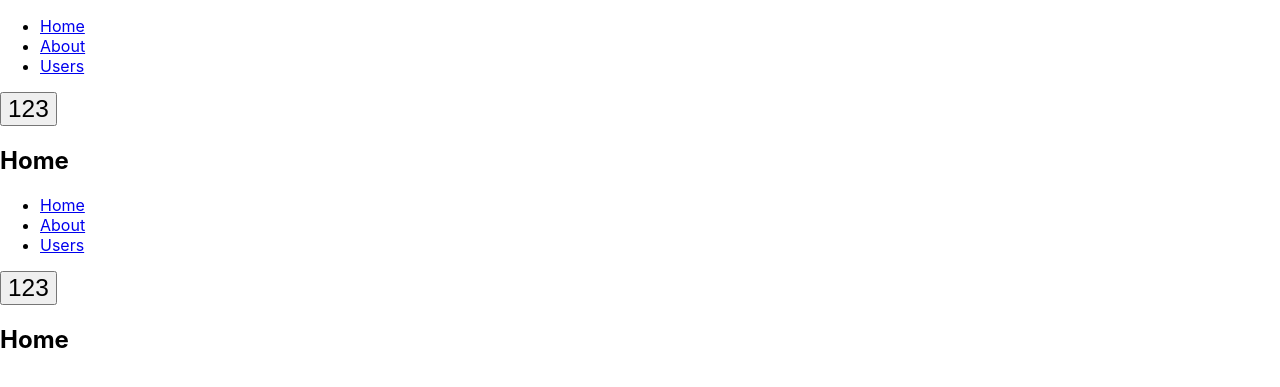
Repository: KouSum/km-vite-react
Page: /
An editor plug-in stored every save of this project. The page is shown before and after the next save, followed by the edit.
The browser window is 1280 px wide. The pictures show the whole page.
The project was rebuilt for these pictures with package versions that can differ from the ones it lists, and the page was loaded fresh each time. Also part of the build but not shown: vite.config.ts.

Above is the page before, as saved 2021-03-06 20:43:29.

After the next save:
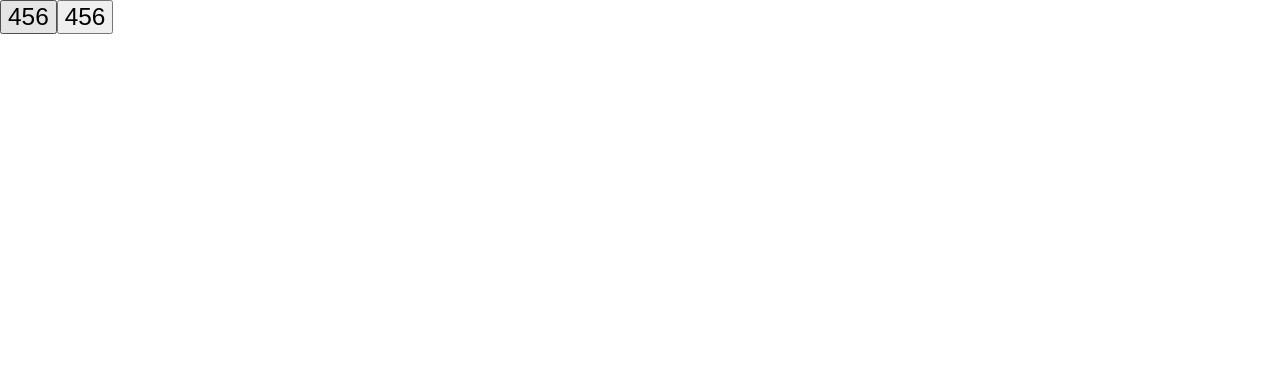
Saved 42 s later.
--- a/src/App.tsx
+++ b/src/App.tsx
@@ -16,38 +16,7 @@ import './App.css'
 
 export default function App2() {
   return (
-    <Router>
-      <div>
-        <nav>
-          <ul>
-            <li>
-              <Link to="/">Home</Link>
-            </li>
-            <li>
-              <Link to="/about">About</Link>
-            </li>
-            <li>
-              <Link to="/users">Users</Link>
-            </li>
-          </ul>
-        </nav>
-
-        <Button >123</Button>
-        {/* A <Switch> looks through its children <Route>s and
-            renders the first one that matches the current URL. */}
-        <Switch>
-          <Route path="/about">
-            <About />
-          </Route>
-          <Route path="/users">
-            <Users />
-          </Route>
-          <Route path="/">
-            <Home />
-          </Route>
-        </Switch>
-      </div>
-    </Router>
+    <Button>456</Button>
   );
 }
 
